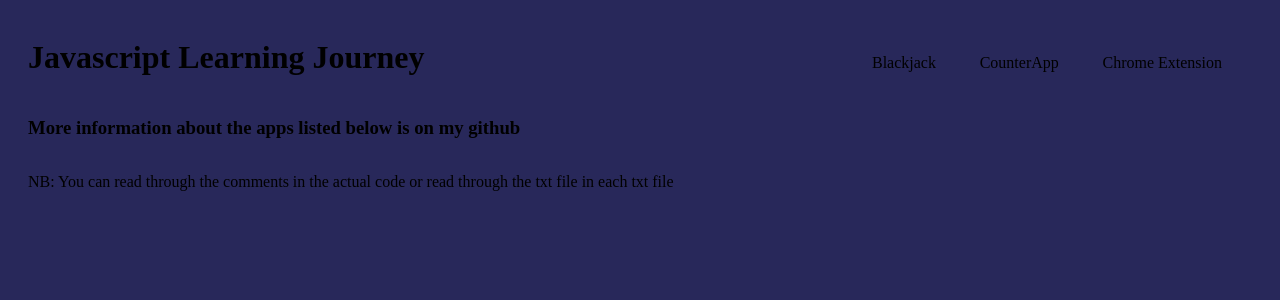
Repository: Siphamandla201/Javascript-Journey
Page: index.html
These files come from the project's save history. The page is drawn as it stood at one moment and after the next save; the edit follows.
The browser window is 1280 px wide. The pictures show the whole page.

Above is the page before, as saved 2023-07-27 16:25:44.

After the next save:
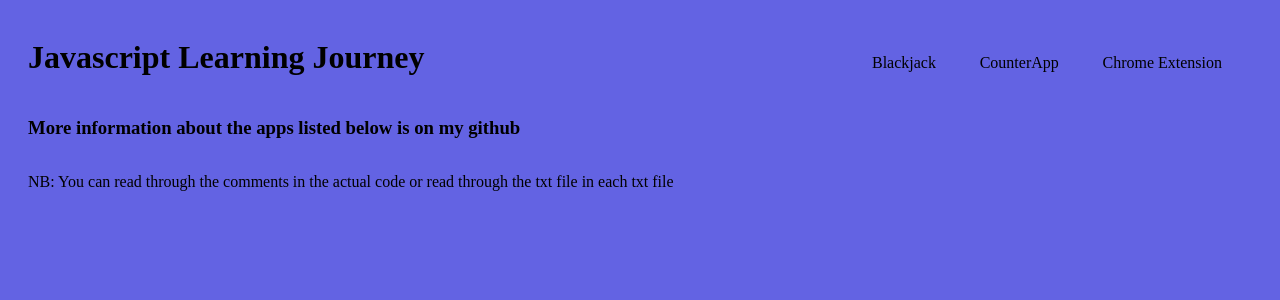
Saved 22 s later.
--- a/style.css
+++ b/style.css
@@ -4,7 +4,7 @@ body {
     padding: 20px;
     padding-top: 10px;
     padding-right: 50px;
-    background: rgb(40, 40, 90);
+    background: rgb(99, 99, 227);
 }
 
 div {
